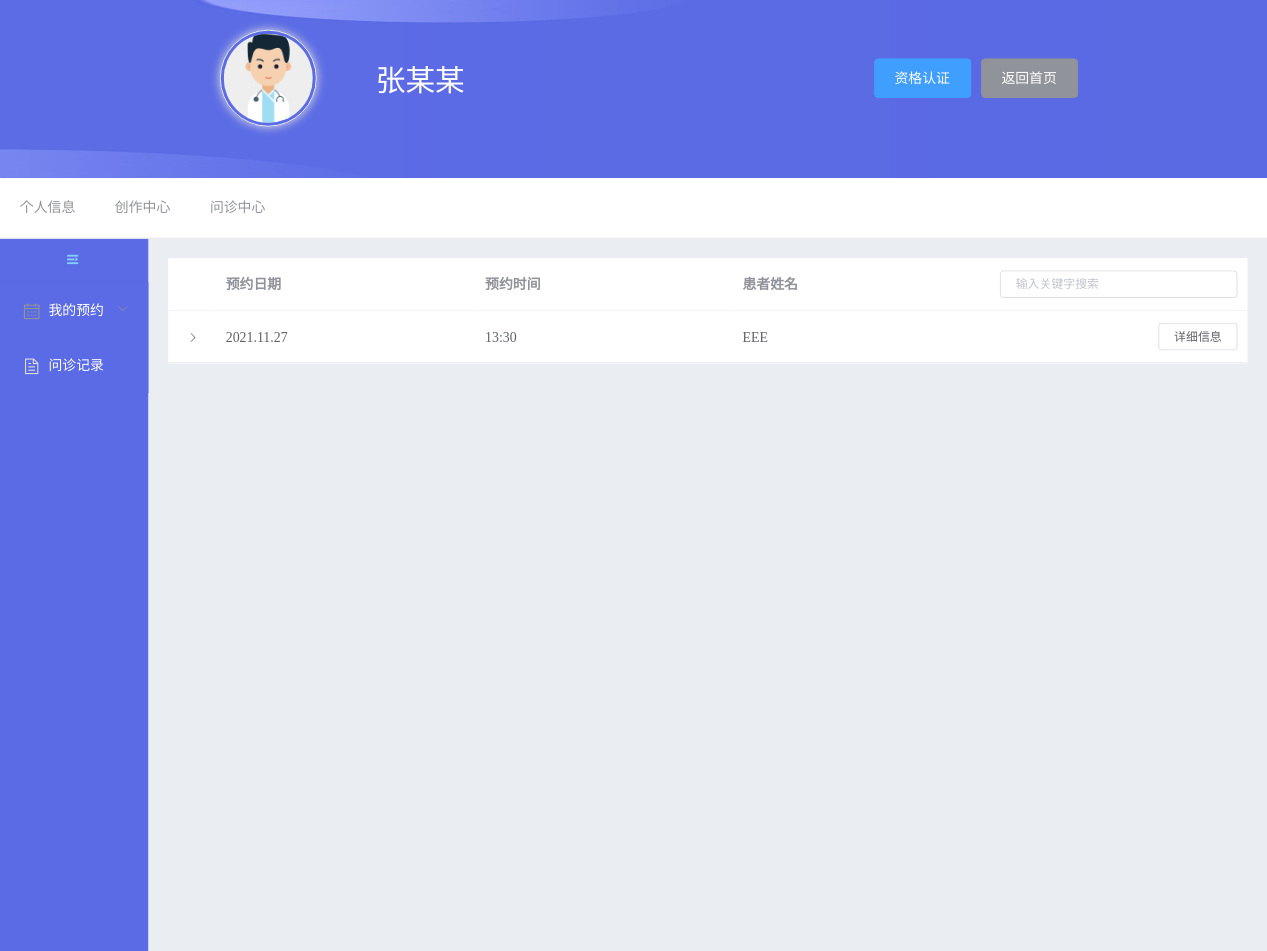
Repository: DiscreteL/SOA_Front
Page: /#/sucApply
These files come from the project's save history. The page is drawn as it stood at one moment and after the next save; the edit follows.
The browser window is 1280 px wide. The pictures show the whole page, at 99% of full size.
The project was rebuilt for these pictures with package versions that can differ from the ones it lists, and the page was loaded fresh each time. Also part of the build but not shown: vue.config.js, src/components/navigation.vue, src/components/dialog.vue, src/views/news.vue, src/components/announcement.vue, src/components/patientKnow.vue, src/views/Home.vue, src/views/login.vue and 15 more.

Above is the page before, as saved 2021-11-29 17:48:47.

### src/main.js
import Vue from 'vue'
import App from './App.vue'
import router from './router'
import store from './store'
import ElementUI from 'element-ui';
import 'element-ui/lib/theme-chalk/index.css';
import instance_ from "@/utils/api";

Vue.use(ElementUI);

Vue.config.productionTip = false

Vue.prototype.instance = instance_

new Vue({
  router,
  store,
  render: h => h(App)
}).$mount('#app')

router.beforeEach((to, from, next) => {
  /* 路由发生变化修改页面title */
  if (to.meta.title) {
      document.title = to.meta.title
  }
  next()
})

### src/App.vue
<template>
  <div id="app">
    <router-view/>
  </div>
</template>

<style lang="less" scoped>
</style>

<script>
export default {
  name: 'app'
}
</script>

### src/utils/api.js
//输出通用axios实例
import axios from 'axios';
axios.defaults.withCredentials = false

const instance = axios.create({
  timeout: 10000,
   headers: {
    'Content-Type': "multipart/form-data;charset=utf-8",
  }
});

export default {
  //GqvbYer04485869e6b5acbed4ed10dfd79468f6d84577b1

   diseaseList (data) {
     return instance.get("https://api.apishop.net/common/disease/queryDiseaseList?apiKey=GqvbYer04485869e6b5acbed4ed10dfd79468f6d84577b1&page=1&pageSize=50", data);
   },
   diseaseInfo(data){
    return instance.get("https://api.apishop.net/common/disease/queryDiseaseInfo?apiKey=GqvbYer04485869e6b5acbed4ed10dfd79468f6d84577b1&diseaseID="+data);
   }


//   allUser () {
//     return instance.post('/api/user');
//   },
//   allProduct () {
//    return instance.post('/api/product')
//   },
//   upload (data) {
//     return instance.post('/api/upload',data)
//   },
//   regist (data){
//   	return instance.post('/api/createOrUpdateUser',data)
//   }
};

### src/views/doctor/consultCenter.vue
<template>
  <div class="home_container">
    <UserHomeNav2></UserHomeNav2>
    <!--页面主体区-->
    <el-container>
      <!--侧边栏-->
      <el-aside :width="isCollapse ? '64px' : '150px'">
        <div class="toggle-button" @click="toggleCollapse">
          <div v-if="this.isCollapse == true">
            <i class="el-icon-s-fold"></i>
          </div>
          <div v-else>
            <i class="el-icon-s-unfold"></i>
          </div>
        </div>
        <el-menu
          background-color="#5b6be5"
          text-color="#fff"
          active-text-color="#409EFF"
          :collapse="isCollapse"
          :collapse-transition="false"
          :router="true"
          :default-active="activePath"
        >
          <el-submenu index="1">
            <template slot="title">
              <i class="el-icon-date"></i>
              <span>我的预约</span>
            </template>
            <el-menu-item
              index="/waitApply"
              @click="saveNavState('/waitApply')"
            >
              <i tyle="color: #dcdcdc"></i>
              <span slot="title">预约申请</span>
            </el-menu-item>
            <el-menu-item
              index="/sucApply"
              @click="saveNavState('/sucApply')"
            >
              <i style="color: #dcdcdc"></i>
              <span slot="title">待问诊</span>
            </el-menu-item>
          </el-submenu>
          <el-menu-item index="/docRecord" @click="saveNavState('/docRecord')">
            <i class="el-icon-document" style="color: #dcdcdc"></i>
            <span slot="title">问诊记录</span>
          </el-menu-item>
        </el-menu>
      </el-aside>
      <!--右侧主体区-->
      <el-main>
        <router-view></router-view>
      </el-main>
    </el-container>
  </div>
</template>

<script>
import UserHomeNav2 from "@/components/userhomenav2.vue";

export default {
  name: "ConsultCenter",
  components: {
    UserHomeNav2,
  },
  data() {
    return {
      // 默认不折叠
      isCollapse: false,
      // 被激活导航地址
      activePath: "",
    };
  },
  created() {
    this.getMenuList();
    this.activePath = window.sessionStorage.getItem("activePath");
  },
  methods: {
    toggleCollapse() {
      this.isCollapse = !this.isCollapse;
    },
    saveNavState(activePath) {
      window.sessionStorage.setItem("activePath", activePath);
      this.activePath = activePath;
    },
  },
};
</script>

<style lang="less" scoped>
html,
body {
  width: 100%;
  height: 100%;
  margin: 0px;
  padding: 0px;
}
.home_container {
  height: 100vh;
}
.el-container {
  height: 100%;
}
.el-aside {
  background-color: #5b6be5;
  .el-menu {
    border-right: none;
  }
}
.el-main {
  background-color: #eaedf1;
}
.toggle-button {
  background-color: #5b6be5;
  font-size: 15px;
  line-height: 24px;
  color: #87cefa;
  text-align: center;
  letter-spacing: 0.2em;
  cursor: pointer;
  padding: 10px;
}
.logo_box {
  height: 60px;
  width: 60px;
  border: 5px #53868b;
  border-radius: 50%; /* 圆角 */
  position: relative;
  margin: 30px;
}
.port_box img {
  width: 100%;
  height: 100%;
  border-radius: 50%; /* 圆角 */
  background-color: #53868b;
}
</style>

### src/views/doctor/consult/sucApply.vue
<template>
  <el-table
    :data="
      tableData.filter(
        (data) =>
          !search || data.doctor.toLowerCase().includes(search.toLowerCase())
      )
    "
    style="width: 100%"
  >
    <el-table-column type="expand">
      <template slot-scope="props">
        <el-form label-position="left" inline class="demo-table-expand">
          <el-form-item label="预约日期">
            <span>{{ props.row.date }}</span>
          </el-form-item>
          <el-form-item label="预约时间">
            <span>{{ props.row.time }}</span>
          </el-form-item>
          <el-form-item label="患者姓名">
            <span>{{ props.row.name }}</span>
          </el-form-item>
        </el-form>
      </template>
    </el-table-column>
    <el-table-column label="预约日期" prop="date"> </el-table-column>
    <el-table-column label="预约时间" prop="time"> </el-table-column>
    <el-table-column label="患者姓名" prop="name"> </el-table-column>
    <el-table-column align="right">
      <template slot="header" slot-scope="scope">
        <el-input
          v-model="search"
          @click="handleEdit(scope.$index, scope.row)"
          size="mini"
          placeholder="输入关键字搜索"
        />
      </template>
      <template slot-scope="scope">
        <el-button size="mini" @click="handleEdit(scope.$index, scope.row)"
          >详细信息</el-button
        >
      </template>
    </el-table-column>
  </el-table>
</template>

<style>
.demo-table-expand {
  font-size: 0;
}
.demo-table-expand label {
  width: 90px;
  color: #99a9bf;
}
.demo-table-expand .el-form-item {
  margin-left: 2%;
  margin-right: 0;
  margin-bottom: 0;
  width: 50%;
}
</style>

<script>
export default {
  data() {
    return {
      tableData: [
        {
          date: "2021.11.27",
          time: "13:30",
          name: "EEE",
        },
      ],
      search: "",
    };
  },
  methods: {
    handleEdit(index, row) {
      console.log(index, row);
    },
    handleDelete(index, row) {
      console.log(index, row);
    },
    handleChange() {
      this.$forceUpdate();
    },
  },
};
</script>

### src/service/userService.js
import url from '../axios/url';
import request from '../axios/request';

export function getDocDataFun(params) {
    return request.get(url.patient.getDocListData, params);
  }

export function getDocOptionFun(params) {
    return request.get(url.patient.getDocOptionData, params);
  }

export function getDrugFun(params){
  return request.get(url.patient.getDrugData,params);
}

export function getHosFun(params){
  return request.get(url.patient.getHosData,params);
}

export function getNoticeFun(params){
  return request.get(url.patient.getNoticeData,params);
}

export function getDiseaseFun(params){
  return request.get(url.patient.getDiseaseData,params);
}

export function postReservationFun(params){
  return request.post(url.patient.postReservationData,params);
}

export function loginPFun(params){
  return request.get(url.patient.patientLogin,params);
}

export function loginDFun(params){
  return request.get(url.patient.doctorLogin,params);
}

export function registerPFun(params){
  return request.post(url.patient.patientRegister,params);
}

export function registerDFun(params){
  return request.post(url.patient.doctorRegister,params);
}

export function sendAcidFormFun(params){
  return request.post(url.patient.sendAcidForm, params)
}

export function sendOfflineReFun(params){
  return request.post(url.patient.sendOffineReservation, params)
}

export function sendChatMesFun(params){
  return request.post(url.alluser.sendChatMes, params)
}

export function getChatMesFun(params){
  return request.get(url.alluser.getChatMes, params)
}

export function getCartFun(params){
  return request.get(url.patient.getCart, params)
}

export function clearCartFun(params){
  return request.post(url.patient.clearCart, params)
}

export function addCartFun(params){
  return request.post(url.patient.addCart, params)
}

export function getPatientInfoDataFun(params){
  return request.get(url.doctor.getPatientInfoData,params);
}
export function postPreDataFun(params){
  return request.post(url.doctor.postPreData,params);
}

export function postMedicineIncludedDataFun(params){
  return request.post(url.doctor.postMedicineIncludedData,params);
}

export function postReportDataFun(params){
  return request.post(url.doctor.postReportData,params);
}

export function getDocInfoData(params){
  return request.get(url.patient.getDocInfoData,params);
}

export function getDrugsIncludedListDataFun(params){
  return request.get(url.patient.getDrugsIncludedListData,params);
}

export function postRateDataFun(params){
  return request.post(url.patient.postRateData,params);
}

export function getPreDataFun(params){
  return request.get(url.patient.getPreData,params);
}

export function getDiseaseListDataFun(params){
  return request.get(url.patient.getDiseaseListData,params);
}

export function getDepartmentListDataFun(params){
  return request.get(url.patient.getDepartmentListData,params);
}

export function getPatientInfoFun(params){
  return request.get(url.patient.getPatientInfo,params);
}

export function postAutoAddDataFun(params){
  return request.post(url.patient.postAutoAddData,params);
}

export function getDrugListDataFun(params){
  return request.get(url.patient.getDrugListData,params);
}

export function getNATFun(params){
  return request.get(url.patient.getNAT,params);
}
export function getReportListDataFun(params){
  return request.get(url.admin.getReportListData,params);
}
export function getNoticeListDataFun(params){
  return request.get(url.admin.getNoticeListData,params);
}
export function postNoticeDataFun(params){
  return request.post(url.admin.postNoticeData,params);
}

export function getDocFun(params){
  return request.get(url.patient.getDoctorData,params)
}

export function getRecordsFun(params){
  return request.get(url.patient.getRecordsData,params)
}

export function getCompletedRecordsFun(params){
  return request.get(url.patient.getCompletedRecordsData,params)
}

export function updateReservationFun(params){
  return request.post(url.patient.updateReservationData,params)
}

export function postNoticeFun(params){
  return request.post(url.patient.postNoticeData,params)
}

export function deleteNoticeFun(params){
  return request.post(url.patient.deleteNotice,params)
}

export function getPatiBMIFun(params){
  return request.get(url.patient.getPatiBMI,params)
}

export function getPaiInoFun(params){
  return request.get(url.patient.getPaiIno,params)
}

export function getOfflineAppFun(params){
  return request.get(url.patient.getOfflineApp,params)
}

export function getReservationsFun(params){
  return request.get(url.patient.getReservations,params)
}

export function postPaiInoFun(params){
  return request.post(url.patient.postPaiIno,params)
}

export function RectifyOfflineAppFun(params){
  return request.post(url.patient.postRectifyOfflineApp,params)
}

export function RectifyNucleicAppFun(params){
  return request.post(url.patient.postRectifyNucleicApp,params)
}

export function getDocInoFun(params){
  return request.get(url.doctor.getDocIno,params)
}

export function getHospitalFun(params){
  return request.get(url.patient.getHospital,params)
}

### src/components/userhomenav2.vue
<template>
  <div class="container">
    <div class="head">
      <div class="background">
        <img src="@/assets/back.jpg" alt="" width="100%" height="100%" />
      </div>
      <div class="headmain">
        <div class="left">
          <!-- 头像部分 -->
          <div class="port_box">
            <img src="../assets/docPort.png" />
          </div>

          <!-- 个人信息部分 -->
          <div
            class="Info"
            style="color: white; font-size: 30px; font-family: 宋体"
          >
            {{ userName }}<br />
          </div>
        </div>
        <div>
            <el-button type="primary" @click="certify">资格认证</el-button>
          <el-button type="info" @click="returnhome">返回首页</el-button>
        </div>
      </div>
    </div>
    <div class="navBar">
      <el-menu
        :default-active="this.$route.path"
        class="el-menu-demo"
        router
        mode="horizontal"
        active-text-color="#409EFF"
      >
        <el-menu-item v-for="(item, i) in navList" :key="i" :index="item.name">
          {{ item.navItem }}
        </el-menu-item>
      </el-menu>
    </div>
    <div></div>
  </div>
</template>

<script>
export default {
  name: "UserHomeNav2",
  data() {
    return {
      //   userID: window.sessionStorage.getItem("id"),
      userName: "张某某",
      navList: [
        { name: "/userHome2", navItem: "个人信息" },
        { name: "/messageCenter", navItem: "创作中心" },
        { name: "/consultCenter", navItem: "问诊中心" },
        // { name: "/help", navItem: "帮助中心" },
      ],
    };
  },
  methods: {
    returnhome(){
      this.$router.push("/home");
    },
    certify(){

    }
  },
};
</script>

<style scoped>
.head {
  height: 180px;
  width: 100%;
}
.background {
  width: 100%;
  height: 180px;
  z-index: -1;
  position: absolute;
}
.headmain {
  display: flex;
  justify-content: space-around;
  align-items: center;

}
.left {
  display: flex;
  align-items: center;
}
.port_box {
  height: 90px;
  width: 90px;
  border: 1px solid #eee;
  border-radius: 50%; /* 圆角 */
  padding: 3px; /*图片和边框之间的间距 */
  box-shadow: 0 0 10px #ddd; /*阴影 */
  position: relative;
  margin: 30px;
}
.port_box img {
  width: 100%;
  height: 100%;
  border-radius: 50%; /* 圆角 */
  background-color: #eee;
}

.Info {
  text-align: left;
  font: 15px "Microsoft YaHei";
  margin: 30px;
  position: relative;
}
</style>

### src/axios/url.js
import patient from './modules/patient';
import alluser from './modules/alluser';
import doctor from './modules/doctor';
import admin from './modules/admin';
export default {
    patient,
    alluser,
    doctor,
    admin,
};

### src/axios/request.js
import axios from './axios';
export default {
  // get请求
  get(url, param) {
    return new Promise((resolve, reject) => {
      axios({
        method: 'get',
        url,
        params: param
      })
        .then((res = {}) => {
          if (res.code !== '200') reject(res);
          resolve(res);
        })
        .catch(_ => {
          reject(_)});
    });
  },
  // post请求
  post(url, param) {
    return new Promise((resolve, reject) => {
      axios({
        method: 'post',
        url,
        data: param,
      })
        .then((res = {}) => {
          if (res.code !== '200') reject(res);
          resolve(res);
        })
        .catch(_ => reject(_));
    });
  },
};

### src/axios/modules/patient.js
export default {
    getDocListData:'/Patient/GetDoctorList',
    getDrugData:'/Patient/GetDrugInforList',
    getHosData:'/Patient/GetHospitalList',
    getNoticeData:'/Patient/GetNoticeList',
    getDiseaseData:'/Patient/GetDiseaseList',
    patientLogin:'/Patient/Login',
    doctorLogin:'/Doctor/Login',
    patientRegister:'/Patient/Register',
    doctorRegister:'/Doctor/Register',
    postReservationData:'/Patient/PostReservation',
    sendAcidForm:'/Patient/PostAppOfNuc',
    sendOffineReservation:'/Patient/PostOfflineApp',
    getCart:'/Patient/GetCart',
    clearCart:'/Patient/EmptyCart',
    addCart:'/Patient/AddDrug',
    getDocInfoData:'/Patient/GetDoctor',
    getDrugsIncludedListData:'/Patient/GetIncludeList',
    postRateData:'/Patient/PostRating',
    getPreData:'/Patient/GetPre',
    getDiseaseListData:'/Patient/GetDiseaseList',//存在重复
    getDepartmentListData:'/Patient/GetDepartmentList',//存在重复
    getPatientInfo:'/Patient/GetPatiInfor',
    postAutoAddData:'/Patient/AutoAddDrug',
    getDrugListData:'/Patient/GetDrugInforList',//存在重复
    getLocalImg:'/Patient/GetImg',
    getNAT:'/Patient/GetAppsOfNuc',
    postNoticeData:'/Admin/PostNotice',
    deleteNotice:'/Admin/DeleteNotice',
    getPaiIno:'/Patient/GetPatient',
    getOfflineApp:'/Patient/GetOfflineAppList',
    getReservations:'/Patient/GetReservations',
    getPatiBMI:'/Patient/GetPatiInfor',
    getHospital:'/Patient/GetHospital',
    getPreData:'/Patient/GetPre',
    postPaiIno:'/Patient/ModInfor',
    postUpdateReservation:'Patient/UpdateReservation',
    postRectifyOfflineApp:'/Patient/RectifyOfflineApp',
    postRectifyNucleicApp:'/Patient/RectifyNucleicApp',
    updateReservationData:'/Patient/UpdateReservation',
    getDoctorData:'/Doctor/GetDoctor',
    getRecordsData:'/Doctor/GetReservationLists',
    getCompletedRecordsData:'/Doctor/GetRecords'
  };

### src/axios/modules/alluser.js
export default{
    sendChatMes:'/Base/PostChat',
    getChatMes:'/Base/GetChat'
};

### src/axios/modules/doctor.js
export default {
    getPatientInfoData:'/Doctor/GetPatient',
    postPreData:'/Doctor/PostPre',
    postMedicineIncludedData:'/Doctor/PostInclude',
    postReportData:'/Doctor/PostReport',
    getDocIno:'/Doctor/GetDoctor',
};

### src/axios/modules/admin.js
export default {
    getReportListData:'/Admin/GetReportForms',
    getNoticeListData:'/Admin/GetNoticeList',
    postNoticeData:'/Admin/PostNotice'
}

### src/axios/axios.js
import axios from 'axios';
import router from '../router';
import Vue from 'vue';
import qs from 'qs';
//import store from '../store/index';

//import Storage from '../utils/storages';


// 错误状态码处理提示
class MessageTip extends Vue {
  static messageTipInstance = null;
  messageTip = null;

  static instance() {
    if (!this.messageTipInstance) {
      this.messageTipInstance = new MessageTip();
    }
    this.messageTipInstance;
  }

  // 提示信息
  msgInfo(msg) {
    this.messageTip && this.messageTip.close();
    this.messageTip = this.$message({
      showClose: true,
      message: msg,
      type: 'error',
      center: true
    });
  }

  // 错误信息
  errorInfo(errorCode) {
    this.messageTip && this.messageTip.close();
    let msg = '';
    switch (errorCode) {
      case '400':
        msg = '请求错误';
        break;
      case '401':
        msg = '登录会话过期，请重新登录';
        break;
      case '403':
        msg = '拒绝访问';
        break;
      case '404':
        msg = '请求地址出错';
        break;
      case '408':
        msg = '请求超时';
        break;
      case '500':
        msg = '服务器内部错误';
        break;
      case '501':
        msg = '服务器未实现';
        break;
      case '502':
        msg = '网络错误';
        break;
      case '503':
        msg = '服务不可用';
        break;
      case '504':
        msg = '网关超时';
        break;
      case '505':
        msg = 'HTTP版本不受支持';
        break;
    }
    this.messageTip = this.$message({
      showClose: true,
      message: msg,
      type: 'error',
      center: true
    });
  }
}

const messageTip = new MessageTip();

axios.defaults.headers.post['Content-Type'] = 'application/json';

axios.defaults.withCredentials = true;
axios.defaults.baseURL = '/api';
axios.defaults.timeout = 5000;
// 请求拦截器
axios.interceptors.request.use(
  config => {
    if(config.method === 'post') {
      config.data = qs.stringify(config.data)
      config.url += '?' + config.data
    }
    else {
      config.params = qs.stringify(config.params)
      config.url += '?' + config.params
    }
    //config.headers.token = localStorage.getItem('$token_info');
    return config;
  },
  error => {
    return Promise.reject(error);
  }
);

// 响应拦截器
axios.interceptors.response.use(
  response => {
    response.data = {
      result:response.data,
      code:`${response.status}`
    }
    if (response && response.data && response.data.code !== '200') {
      response.data.msg && messageTip.msgInfo(response.data.msg);
      console.log(response)
      return Promise.reject(response.data);
    }
    return response.data;
  },
  error => {
    console.log(error)
    console.log(error.response)
    if (
      error &&
      error.response &&
      error.response.status &&
      messageTip.errorInfo(error.response.status)
    ) {
      return Promise.reject(error);
    }
  }
);
export default axios;

Loaded but not shown: public/index.html (common file); src/store/index.js (common file); src/router/index.js (257 lines, source omitted)

After the next save:
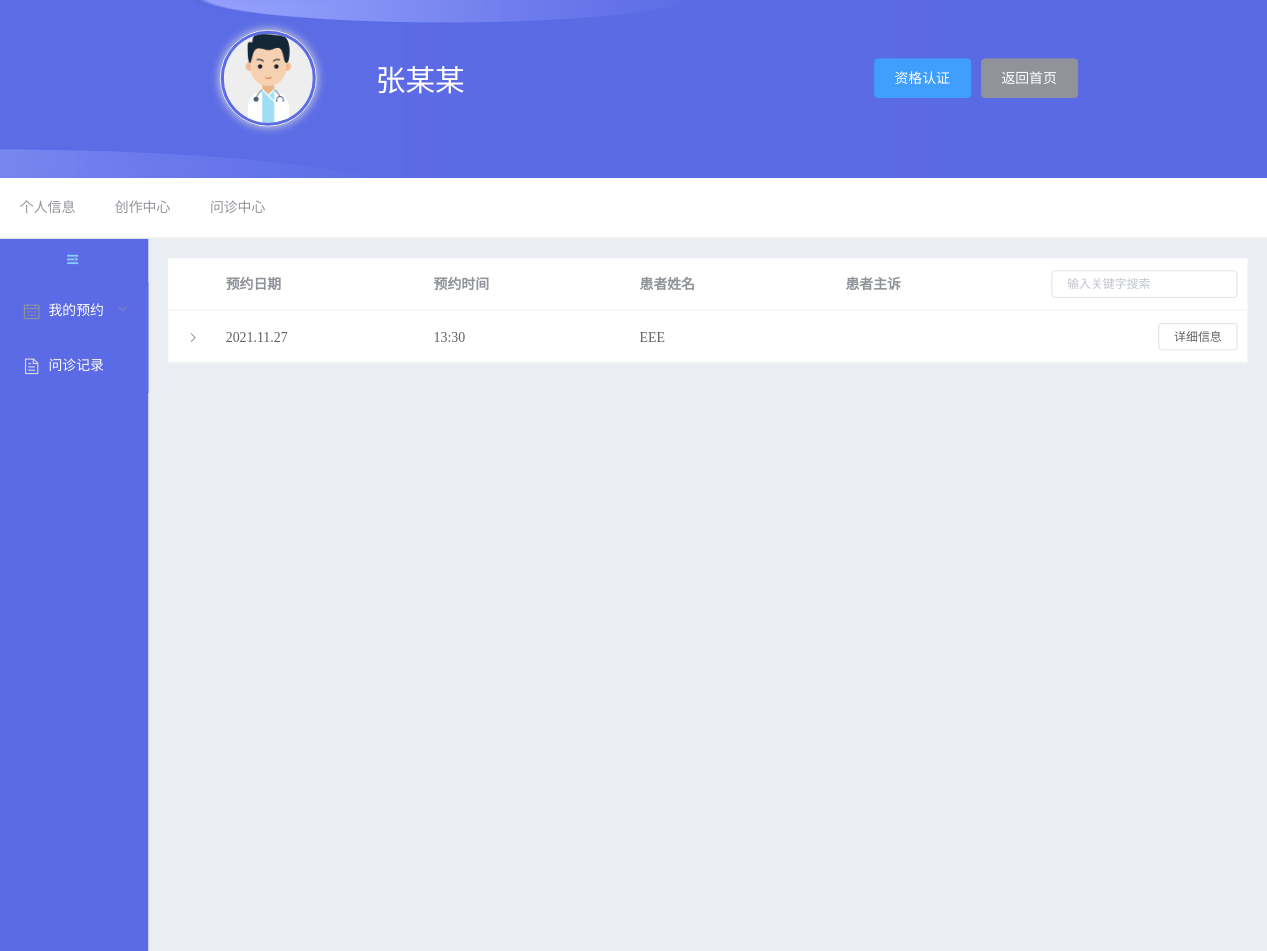
Saved 2 min 7 s later.
--- a/src/views/doctor/consult/sucApply.vue
+++ b/src/views/doctor/consult/sucApply.vue
@@ -20,12 +20,16 @@
           <el-form-item label="患者姓名">
             <span>{{ props.row.name }}</span>
           </el-form-item>
+          <el-form-item label="患者主诉">
+            <span>{{ props.row.description }}</span>
+          </el-form-item>
         </el-form>
       </template>
     </el-table-column>
     <el-table-column label="预约日期" prop="date"> </el-table-column>
     <el-table-column label="预约时间" prop="time"> </el-table-column>
     <el-table-column label="患者姓名" prop="name"> </el-table-column>
+    <el-table-column label="患者主诉" prop="description"> </el-table-column>
     <el-table-column align="right">
       <template slot="header" slot-scope="scope">
         <el-input
